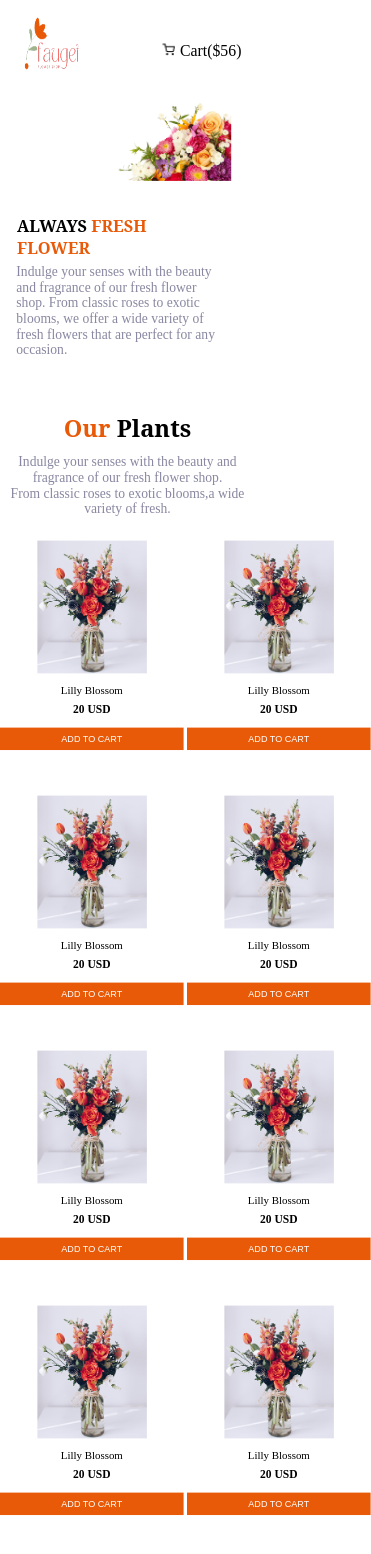
Repository: dollyrakhe22/Flowers-main-website
Page: index.html
An editor plug-in stored every save of this project. The page is shown before and after the next save, followed by the edit.
The browser window is 375 px wide. The page is 545 px wide, then 435 px, so the pictures cover 545 px, including what lies to the right of the window. The pictures show the whole page, at 68% of full size.
Some web libraries are served in a nearby version.

Above is the page before, as saved 2025-07-25 14:00:38.

After the next save:
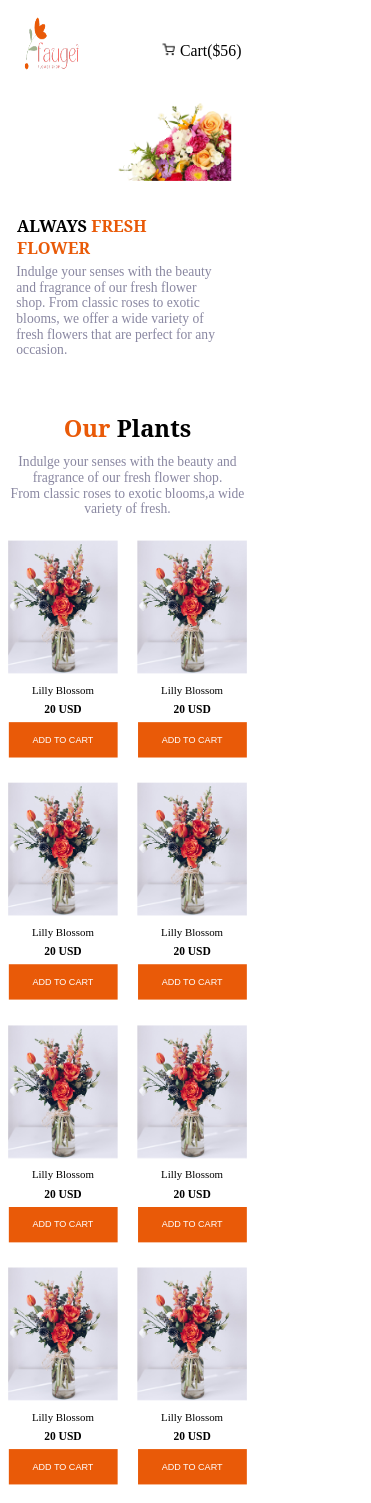
Saved 3 min 58 s later.
--- a/style.css
+++ b/style.css
@@ -422,10 +422,10 @@ input{
 }
   .btn{
 
-   width: 270px;
-   height: 33px;
-   margin-top: 16px;
-   margin-bottom: 12px;
-}
-
-}
+   width: 160px;
+   height: 52px;
+   margin-top: 8px;
+   margin-bottom: -30px;
+}
+
+}
